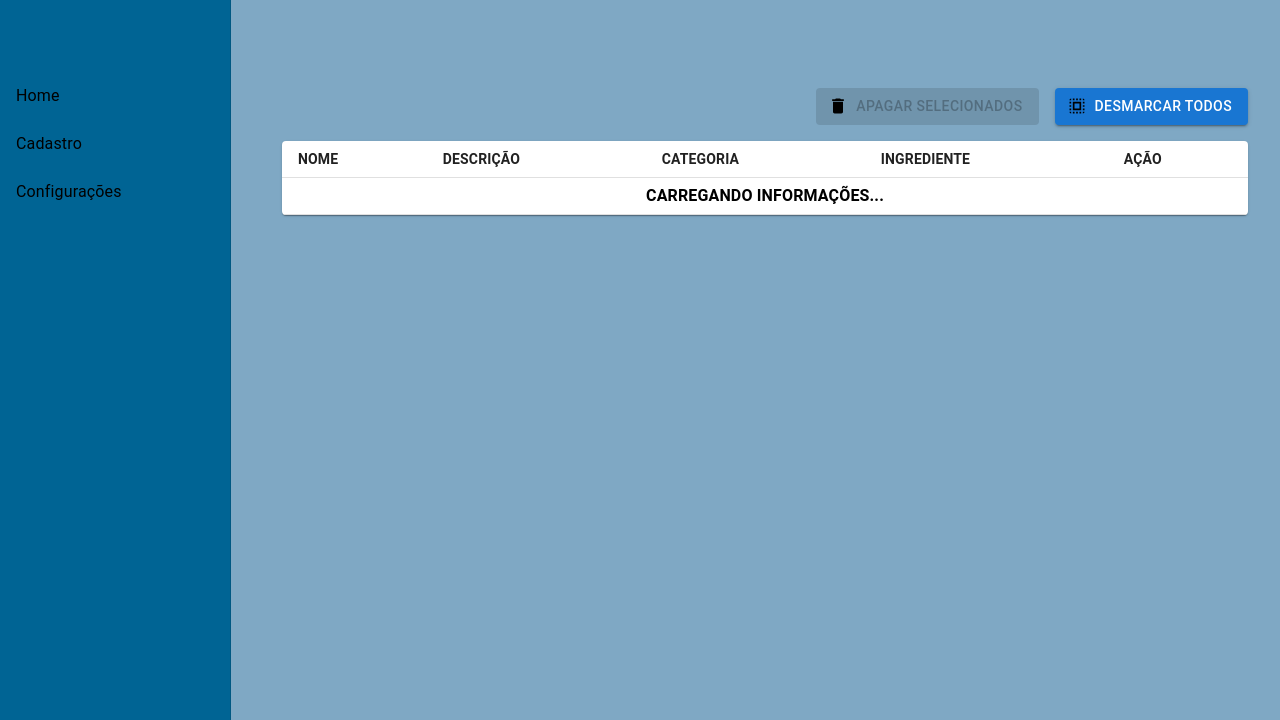
Repository: oZanella/projeto_windel_web_CRM
Page: /
An editor plug-in stored every save of this project. The page is shown before and after the next save, followed by the edit.
The browser window is 1280 px wide. The pictures show the whole page.
The page's requests for data from a server got no answer. The project was rebuilt for these pictures with package versions that can differ from the ones it lists, and the page was loaded fresh each time. No one was signed in, and anything a server would have sent is missing. Also part of the build but not shown: vite.config.js, src/routes/Configuracoes.jsx. Imported but missing from the stored project, and not drawn on this page: src/routes/Cadastro.jsx.

Above is the page before, as saved 2024-08-19 08:47:39.

### index.html
<!doctype html>
<html lang="en">

<head>
  <meta charset="UTF-8" />
  <link rel="icon" type="image/svg+xml" href="./src/image/LogoWindel.svg" />
  <link rel="stylesheet" href="src/style/GlobalStyles.css" />
  <link href="https://fonts.googleapis.com/css2?family=Playfair+Display&display=swap" rel="stylesheet">

  <meta name="viewport" content="width=device-width, initial-scale=1.0" />
  <title>Projeto Teste - CRM </title>
</head>

<body>
  <div id="root"></div>
  <script type="module" src="/src/main.jsx"></script>
</body>

</html>

### src/style/GlobalStyles.css
:root {
  --click: #7fa8c4;
  --primary: #E8F1F2;
  --darkblue: #13293D;
  --secondary: #000000;
  --ligthblue: #1b98e0;
  --animation: #006494;
  --ligthkgrey: #D3D3D3;
  --blueceledron: #247ba0;
  --delete: #FF0000;
}

* {
    color: var(--secondary);
}

body {
  background-color: var(--click);
}

### src/main.jsx
import { createBrowserRouter, RouterProvider, Navigate } from "react-router-dom"
import { createRoot } from 'react-dom/client'
import { StrictMode } from 'react'
import { App } from './App.jsx'

import './style/GlobalStyles.css'

//páginas do projeto
import { Cadastro } from './routes/Cadastro.jsx'
import { Home } from './routes/Home.jsx'
import { Configuracoes } from './routes/configuracoes.jsx'

const router = createBrowserRouter([
  {
    element: <App />,
    children: [
      {
        path: '/',
        element: <Navigate to="/home" replace />,
      },
      {
        path: '/home',
        element: <Home />,
      },
      {
        path: '/cadastro',
        element: <Cadastro />,
      },
      {
        path: '/configuracoes',
        element: <Configuracoes />,
      },
    ],
  },
])

createRoot(document.getElementById('root')).render(
  <StrictMode>
    <RouterProvider router={router} />
  </StrictMode>,
)

### src/App.jsx
import { Header } from './components/Header'
import { Outlet } from 'react-router-dom'
import { Box } from '@mui/material'
import './style/GlobalStyles.css'

export function App() {
  return (
    <Box sx={{ p: { xs: 2, sm: 3 }, marginTop: { xs: 8, sm: 8 } }}>
      <Header />
      <Box>
        <Outlet />
      </Box>
    </Box>
  );
}

### src/routes/Home.jsx
import React, { useEffect, useState } from 'react';
import { Box, TextField, Button, Dialog, DialogActions, DialogContent, DialogTitle, Select, MenuItem, FormControl, InputLabel } from '@mui/material';

import { handleShowDetails, handleEdit, handleSave, handleInputChange } from '../components/Handle';
import { CardDados } from '../components/TableHome';

import { blogFetch } from '../axios/config';


export const Home = () => {
  const [posts, setPosts] = useState([]);
  const [selectInfo, setSelectInfo] = useState(null);
  const [modeEdit, setModeEdit] = useState(null);
  const [dataEdit, setDataEdit] = useState({});
  const [openAddDialog, setOpenAddDialog] = useState(false);
  const [newPost, setNewPost] = useState({ name: '', description: '', category: '' });

  const getPosts = async () => {
    try {
      const response = await blogFetch.get("/recipe");
      const uniqueData = response.data.filter((value, index, self) =>
        index === self.findIndex((t) => t.id === value.id)
      );
      setPosts(uniqueData); // Garante que não tenha dados duplicados
    } catch (error) {
      console.log(error);
    }
  };

  useEffect(() => {
    getPosts();
  }, []);

  const handleDelete = async (postId) => {
    try {
      await blogFetch.delete(`/recipe/${postId}`);
      setPosts(posts.filter(post => post.id !== postId));
      console.log('Post deletado com sucesso');
    } catch (error) {
      console.error('Erro ao deletar o post', error);
    }
  };

  const handleAddOpen = () => setOpenAddDialog(true);
  const handleAddClose = () => setOpenAddDialog(false);

  {/* API para envio do novo registro*/ }
  const handleAdd = async () => {
    try {
      const newPostFormatted = {
        name: newPost.name,
        description: newPost.description,
        ingredients: [],
        category: newPost.category,
        isFavorite: newPost.isFavorite
      };

      const response = await blogFetch.post("/recipe", newPostFormatted);
      setPosts([...posts, response.data]);
      setNewPost({ name: '', description: '', category: '', isFavorite: false });
      handleAddClose();
      console.log('Post adicionado com sucesso');
    } catch (error) {
      console.error('Erro ao adicionar o post', error);
    }
  };

  return (
    <Box>
      {/* Dados para Adicionar Novo Registro */}
      <Dialog open={openAddDialog} onClose={handleAddClose}>
        <DialogTitle>Adicionar Novo Registro</DialogTitle>
        <DialogContent>
          <TextField
            name="name"
            label="Nome"
            value={newPost.name}
            onChange={(e) => setNewPost({ ...newPost, name: e.target.value })}
            fullWidth
            sx={{ marginBottom: 2 }}
          />
          <TextField
            name="description"
            label="Descrição"
            value={newPost.description}
            onChange={(e) => setNewPost({ ...newPost, description: e.target.value })}
            fullWidth
            sx={{ marginBottom: 2 }}
          />
          <TextField
            name="category"
            label="Categoria"
            value={newPost.category}
            onChange={(e) => setNewPost({ ...newPost, category: e.target.value })}
            fullWidth
            sx={{ marginBottom: 2 }}
          />
          <FormControl fullWidth sx={{ marginBottom: 2 }}>
            <InputLabel>Favorito</InputLabel>
            <Select
              name="isFavorite"
              value={newPost.isFavorite}
              onChange={(e) => setNewPost({ ...newPost, isFavorite: e.target.value })}
              label="Favorito"
            >
              <MenuItem value={true}>Sim</MenuItem>
              <MenuItem value={false}>Não</MenuItem>

            </Select>
          </FormControl>
        </DialogContent>
        <DialogActions>
          <Button onClick={handleAddClose}>Cancelar</Button>
          <Button onClick={handleAdd}>Adicionar</Button>
        </DialogActions>
      </Dialog>

      <CardDados
        posts={posts}
        handleDelete={handleDelete}
        handleEdit={handleEdit}
        handleSave={handleSave}
        modeEdit={modeEdit}
        setModeEdit={setModeEdit}
        dataEdit={dataEdit}
        setDataEdit={setDataEdit}
        handleInputChange={handleInputChange}
        selectInfo={selectInfo}
        setSelectInfo={setSelectInfo}
        handleShowDetails={handleShowDetails}
      />
    </Box>
  );
};

### src/components/Header.jsx
import { AppBar, Toolbar, Typography, Box, Button, IconButton, Drawer, List, ListItem, ListItemText } from '@mui/material';
import MenuIcon from '@mui/icons-material/Menu';
import Logo from '../image/LogoWindel.svg';
import { Link } from 'react-router-dom';
import React, { useState } from 'react';

export const Header = () => {
  const [isDrawerOpen, setIsDrawerOpen] = useState(false);

  const toggleDrawer = (open) => () => {
    setIsDrawerOpen(open);
  };

  const menuItems = [
    { text: 'Home', link: '/home' },
    { text: 'Cadastro', link: '/cadastro' },
    { text: 'Configurações', link: '/configuracoes' },
  ];

  return (
    <>

      <AppBar
        position="fixed"
        sx={{
          display: { xs: 'flex', sm: 'none' },
          width: '100%',
          boxShadow: '0px 0.01px 11px var(--secondary)',
          top: 0,
          left: 0,
          backgroundColor: 'var(--darkblue)',
        }}
      >
        <Toolbar
          sx={{
            display: 'flex',
            justifyContent: 'space-between',
          }}
        >
          <IconButton
            edge="start"
            color="inherit"
            aria-label="menu"
            onClick={toggleDrawer(true)}
          >
            <MenuIcon />

          </IconButton>
          <Typography variant="h6" sx={{ flexGrow: 1 }}>
            Cooking Cake
          </Typography>

          <IconButton
            to={`/home`}
            sx={{
              cursor: 'default',
            }}
            component={Link}
            aria-label="logo"
          >
            <img src={Logo} alt="Logo" style={{ width: '50px', height: '40px' }} />
          </IconButton>
        </Toolbar>
      </AppBar>


      <Drawer
        anchor="left"
        open={isDrawerOpen}
        onClose={toggleDrawer(false)}
        sx={{
          display: { xs: 'block', sm: 'none' },
          '& .MuiDrawer-paper': {
            width: 240,
            backgroundColor: 'var(--darkblue)',
          },
        }}
      >
        <List>
          {menuItems.map((item) => (
            <ListItem key={item.text} component={Link} to={item.link} onClick={toggleDrawer(false)}>
              <ListItemText primary={item.text} />
            </ListItem>
          ))}
        </List>
      </Drawer>


      <Drawer
        variant="permanent"
        sx={{
          display: { xs: 'none', sm: 'block' },
          '& .MuiDrawer-paper': {
            width: 230,
            backgroundColor: 'var(--animation)',
          },
        }}
        open
      >
        <Toolbar />
        <Box sx={{ overflow: 'auto' }}>
          <List>
            {menuItems.map((item) => (
              <ListItem key={item.text} component={Link} to={item.link}>
                <ListItemText primary={item.text} />
              </ListItem>
            ))}
          </List>
        </Box>
      </Drawer>

      {/* Area do main */}
      <Box
        component="main"
        sx={{

                }}
      >

      </Box>
    </>
  );
};

### src/components/Handle.jsx

import { blogFetch } from '../axios/config';


export const handleShowDetails = (post, setSelectInfo, selectInfo) => {
  if (selectInfo?.id === post.id) {
    setSelectInfo(null); // Fecha se já estiver aberto
  } else {
    setSelectInfo(post); // Abre o post atual
  }
};

export const handleEdit = (post, setModeEdit, setDataEdit) => {
  setModeEdit(post.id);
  setDataEdit(post);
};

//continua com erro, verificar!!
export const handleSave = async (postId, updateData) => {
  try {
    // Envie uma requisição PUT ou POST para salvar os dados atualizados
    const response = await blogFetch.put(`/blogFetch/posts/${postId}`, updateData);
    console.log('Dados salvos com sucesso', response.data);

  } catch (error) {
    console.error('Erro de API', error);
  }
};

export const handleInputChange = (e, setDataEdit) => {
  setDataEdit(prevDataEdit => ({ ...prevDataEdit, [e.target.name]: e.target.value }));
};

### src/components/TableHome.jsx
import React, { useState, useEffect } from 'react';
import {
  Table, TableBody, TableCell, TableContainer, TableHead, TableRow, Typography, Box, Button, IconButton, TextField, Dialog, DialogContent, DialogActions, FormControlLabel, Switch, Chip, Paper, Checkbox
} from '@mui/material';
import EditIcon from '@mui/icons-material/Edit';
import SaveIcon from '@mui/icons-material/Save';
import AddIcon from '@mui/icons-material/Add';
import CloseIcon from '@mui/icons-material/Close';
import DeleteIcon from '@mui/icons-material/Delete';
import SelectAllIcon from '@mui/icons-material/SelectAll';
import axios from 'axios';

const API_BASE_URL = 'https://teste-tecnico-front-api.up.railway.app';

export const CardDados = ({
  posts, setPosts, handleDelete
}) => {
  const [openModal, setOpenModal] = useState(false);
  const [currentPost, setCurrentPost] = useState(null);
  const [dataEdit, setDataEdit] = useState({});
  const [newIngredient, setNewIngredient] = useState('');
  const [selectedPosts, setSelectedPosts] = useState([]);

  useEffect(() => {
    if (currentPost) {
      setDataEdit({ ...currentPost });
    }
  }, [currentPost]);

  const handleEditOpen = (post) => {
    setCurrentPost(post);
    setOpenModal(true);
  };

  const handleEditClose = () => {
    setOpenModal(false);
    setCurrentPost(null);
    setNewIngredient('');
  };

  const handleSaveModal = async () => {
    if (currentPost) {
      try {
        await axios.put(`${API_BASE_URL}/posts/${currentPost.id}`, dataEdit);
        const response = await axios.get(`${API_BASE_URL}/posts`);
        setPosts(response.data);
        handleEditClose();
      } catch (error) {
        console.error('Error ao salvar:', error);
      }
    }
  };

  const handleAddIngredient = () => {
    if (newIngredient.trim() !== '') {
      setDataEdit((prevData) => ({
        ...prevData,
        ingredients: [...(prevData.ingredients || []), newIngredient.trim()],
      }));
      setNewIngredient('');
    }
  };

  const handleRemoveIngredient = (ingredientToRemove) => {
    setDataEdit((prevData) => ({
      ...prevData,
      ingredients: (prevData.ingredients || []).filter((ingredient) => ingredient !== ingredientToRemove),
    }));
  };

  const handleSelectAll = () => {
    if (selectedPosts.length === posts.length) {
      setSelectedPosts([]);
    } else {
      setSelectedPosts(posts.map(post => post.id));
    }
  };

  const handleDeleteSelected = async () => {
    try {
      await Promise.all(selectedPosts.map(id => axios.delete(`${API_BASE_URL}/posts/${id}`)));
      const response = await axios.get(`${API_BASE_URL}/posts`);
      setPosts(response.data);
      setSelectedPosts([]);
    } catch (error) {
      console.error('Error ao apagar os registros:', error);
    }
  };

  const handleSelectPost = (id) => {
    setSelectedPosts(prevSelected =>
      prevSelected.includes(id)
        ? prevSelected.filter(postId => postId !== id)
        : [...prevSelected, id]
    );
  };

  return (
    <>
      <Box sx={{ display: 'flex', justifyContent: 'flex-end', mb: 2 }}>
        <Button
          variant="contained"
          color="error"
          startIcon={<DeleteIcon />}
          onClick={handleDeleteSelected}
          disabled={selectedPosts.length === 0}
          sx={{ marginRight: 2 }}
        >
          Apagar Selecionados
        </Button>
        <Button
          variant="contained"
          color="primary"
          startIcon={<SelectAllIcon />}
          onClick={handleSelectAll}
        >
          {selectedPosts.length === posts.length ? 'Desmarcar Todos' : 'Selecionar Todos'}
        </Button>
      </Box>

      {/* Tabela aonde aparece os dados
      Dentro do TableContainer tem um calculo que é feito por conta do menu lateral*/}
      <TableContainer component={Paper} sx={{ overflowX: 'auto', width: { xs: '100%', sm: 'calc(100% - 250px)' }, ml: { sm: '250px' } }}>
        <Table size='small'>
          <TableHead>
            <TableRow>
              <TableCell sx={{ fontWeight: 'bold', textTransform: 'uppercase' }}>Nome</TableCell>
              <TableCell sx={{ fontWeight: 'bold', textTransform: 'uppercase' }}>Descrição</TableCell>
              <TableCell sx={{ fontWeight: 'bold', textTransform: 'uppercase' }}>Categoria</TableCell>
              <TableCell sx={{ fontWeight: 'bold', textTransform: 'uppercase' }}>Ingrediente</TableCell>
              <TableCell sx={{ fontWeight: 'bold', textTransform: 'uppercase' }}>Ação</TableCell>
            </TableRow>
          </TableHead>
          <TableBody>
            {posts.length === 0 ? (
              <TableRow>
                <TableCell colSpan={5} align="center">
                  <Typography variant="body1" sx={{ fontWeight: 'bold', textTransform: 'uppercase' }}>Carregando informações...</Typography>
                </TableCell>
              </TableRow>
            ) : (
              posts.map((post) => (
                <TableRow sx={{ height: 'auto' }} key={post.id}>
                  <TableCell sx={{ padding: '8px' }}>
                    {post.name}
                  </TableCell>
                  <TableCell sx={{ padding: '8px' }}>{post.description}</TableCell>
                  <TableCell sx={{ padding: '8px' }}>{post.category}</TableCell>

                  <TableCell sx={{ padding: '8px' }}>
                    <Box sx={{
                      display: 'flex',
                      flexWrap: 'wrap',
                      overflowX: 'auto',
                      gap: 1,
                      width: '100%',
                    }}>
                      {post.ingredients && post.ingredients.length > 0 ? (
                        post.ingredients.map((ingredient) => (
                          <Box
                            key={ingredient.id}
                            sx={{
                              display: 'flex',
                              flexDirection: 'column',
                              alignItems: 'flex-start',
                              marginRight: 1,
                              marginBottom: 1,
                            }}
                          >
                            <Typography variant="body1">{ingredient.name}</Typography>
                            <Typography variant="body2" color="textSecondary">
                              Quantidade: {ingredient.quantity}
                            </Typography>
                          </Box>
                        ))
                      ) : (
                        <Typography variant="body2">Nenhum ingrediente disponível</Typography>
                      )}
                    </Box>
                  </TableCell>

                  <TableCell>
                    <Box sx={{ display: 'flex', alignItems: 'center' }}>
                      <Checkbox
                        checked={selectedPosts.includes(post.id)}
                        onChange={() => handleSelectPost(post.id)}
                        color="primary"
                      />
                      <IconButton
                        color="primary"
                        onClick={() => handleEditOpen(post)}
                        sx={{ mr: 1 }}
                      >
                        <EditIcon />
                      </IconButton>
                      <IconButton
                        color="error"
                        onClick={() => handleDelete(post.id)}
                      >
                        <DeleteIcon />
                      </IconButton>
                    </Box>
                  </TableCell>
                </TableRow>
              ))
            )}
          </TableBody>
        </Table>
      </TableContainer>

      {/* Modal de edição */}
      <Dialog open={openModal} onClose={handleEditClose} fullWidth maxWidth="sm">
        <DialogContent>
          {currentPost && (
            <Box component="form" sx={{ display: 'flex', flexDirection: 'column', gap: 2 }}>
              <TextField
                name="name"
                label="Nome"
                value={dataEdit.name || ''}
                onChange={(e) => setDataEdit({ ...dataEdit, name: e.target.value })}
                fullWidth
                sx={{ marginBottom: 2 }}
              />
              <TextField
                name="description"
                label="Descrição"
                value={dataEdit.description || ''}
                onChange={(e) => setDataEdit({ ...dataEdit, description: e.target.value })}
                fullWidth
                sx={{ marginBottom: 2 }}
              />
              <TextField
                name="category"
                label="Categoria"
                value={dataEdit.category || ''}
                onChange={(e) => setDataEdit({ ...dataEdit, category: e.target.value })}
                fullWidth
                sx={{ marginBottom: 2 }}
              />
              <FormControlLabel
                control={
                  <Switch
                    checked={dataEdit.isFavorite || false}
                    onChange={(e) => setDataEdit({ ...dataEdit, isFavorite: e.target.checked })}
                    color="primary"
                  />
                }
                label="Favorito"
              />
              <Box sx={{ display: 'flex', gap: 2 }}>
                <TextField
                  label="Novo Ingrediente"
                  value={newIngredient}
                  onChange={(e) => setNewIngredient(e.target.value)}
                  fullWidth
                  sx={{ marginBottom: 2 }}
                />
                <IconButton
                  color="primary"
                  onClick={handleAddIngredient}
                  disabled={!newIngredient.trim()}
                  sx={{ marginBottom: 2 }}
                >
                  <AddIcon />
                </IconButton>
              </Box>

              {dataEdit.ingredients && dataEdit.ingredients.length > 0 && (
                <Box sx={{ display: 'flex', flexWrap: 'wrap', gap: 1 }}>
                  {dataEdit.ingredients.map((ingredient, index) => (
                    <Chip
                      key={index}
                      label={ingredient}
                      onDelete={() => handleRemoveIngredient(ingredient)}
                      sx={{ marginBottom: 2 }}
                    />
                  ))}
                </Box>
              )}
            </Box>
          )}
        </DialogContent>
        <DialogActions>
          <Button onClick={handleEditClose} color="secondary" startIcon={<CloseIcon />}>
            Cancelar
          </Button>
          <Button onClick={handleSaveModal} color="primary" startIcon={<SaveIcon />}>
            Salvar
          </Button>
        </DialogActions>
      </Dialog>
    </>
  );
};

### src/axios/config.jsx
// src/axios/config.js
import axios from 'axios';

export const blogFetch = axios.create({
  baseURL: 'https://teste-tecnico-front-api.up.railway.app',
  headers: {
    'Content-Type': 'application/json',
  },
});

After the next save:
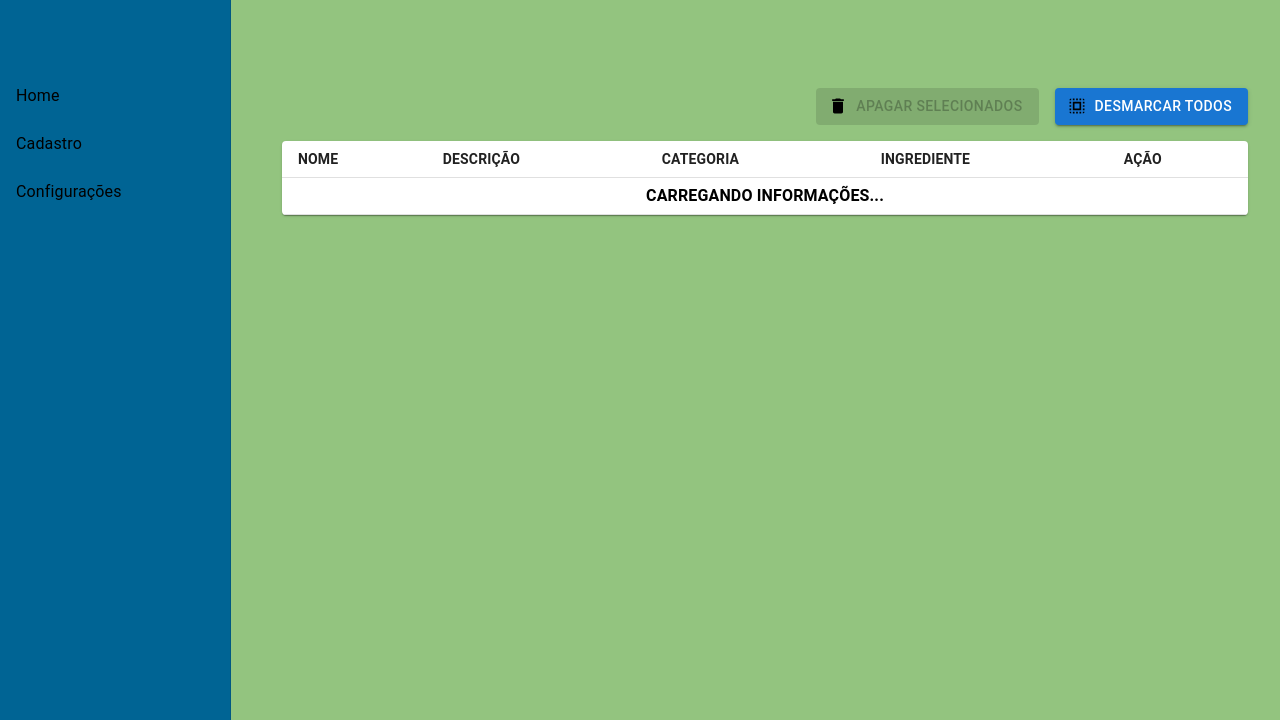
Saved 34 s later.
--- a/src/style/GlobalStyles.css
+++ b/src/style/GlobalStyles.css
@@ -1,5 +1,5 @@
 :root {
-  --click: #7fa8c4;
+  --click: #93c47f;
   --primary: #E8F1F2;
   --darkblue: #13293D;
   --secondary: #000000;

After the save that followed:
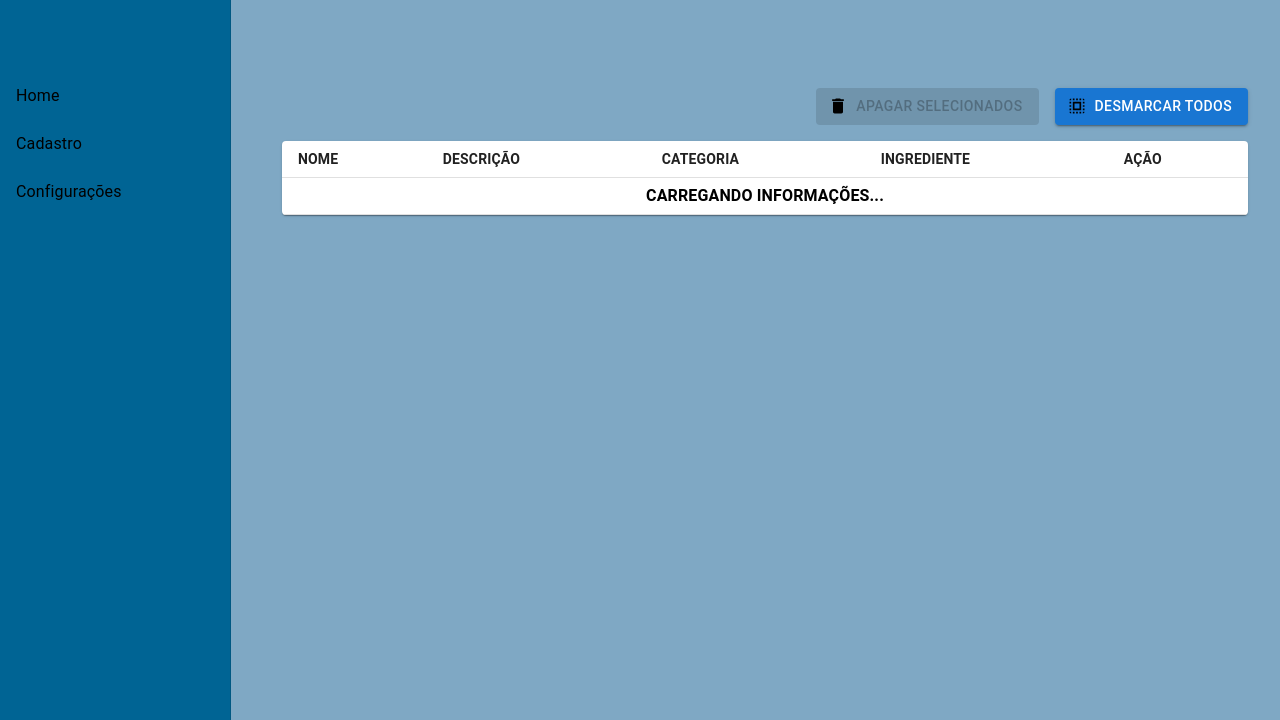
Saved 4 s later.
--- a/src/style/GlobalStyles.css
+++ b/src/style/GlobalStyles.css
@@ -1,5 +1,5 @@
 :root {
-  --click: #93c47f;
+  --click: #7fa8c4;
   --primary: #E8F1F2;
   --darkblue: #13293D;
   --secondary: #000000;
